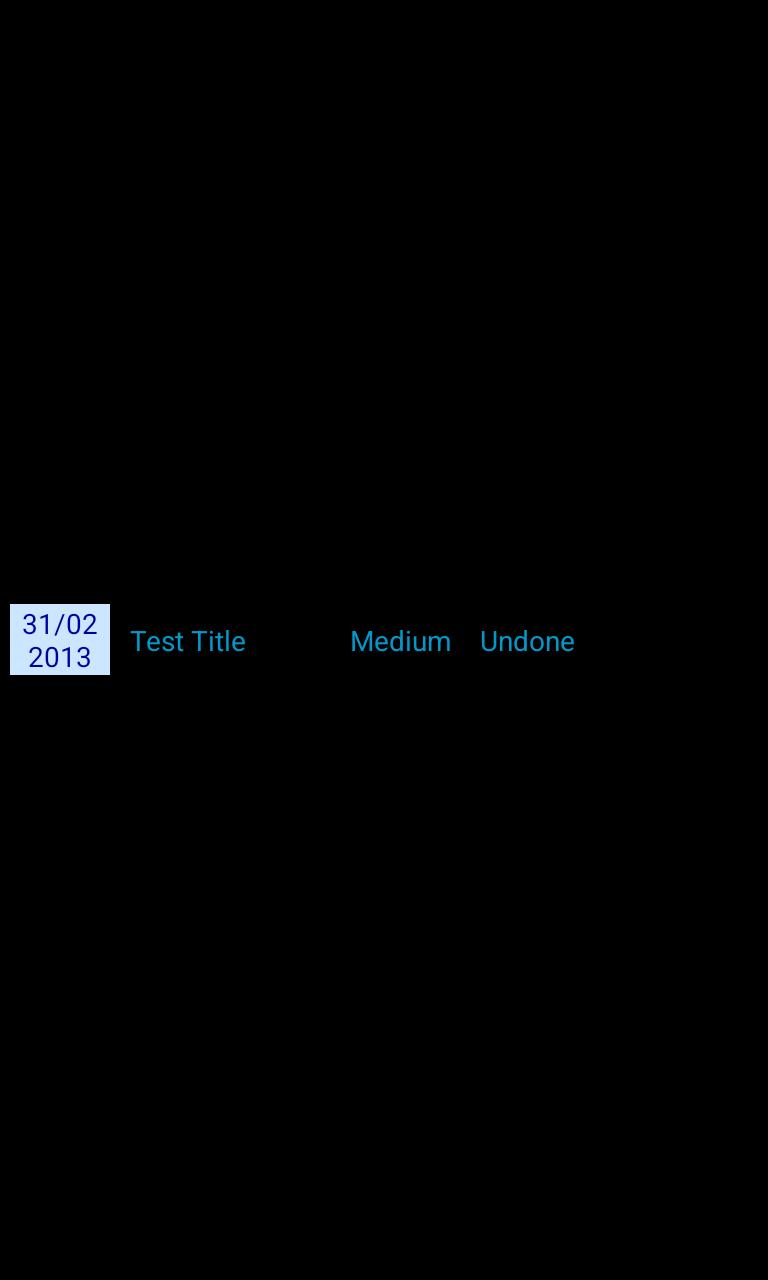
Repository: titango/androidass1
Layout: uTask/res/layout/task_list_item.xml
These files come from the project's save history. The layout is drawn as it stood at one moment and after the next save; the edit follows.
It is drawn on a 768 x 1280 px phone screen (xhdpi) without system bars, with theme NoActionBar; the app's code is not run.

Above is the layout before, as saved 2013-03-31 23:41:47.

### uTask/res/layout/task_list_item.xml
<?xml version="1.0" encoding="utf-8"?>
<LinearLayout xmlns:android="http://schemas.android.com/apk/res/android"
    android:layout_width="wrap_content"
    android:layout_height="wrap_content"
    android:gravity="left|center"
    android:paddingBottom="5dp"
    android:paddingLeft="5dp"
    android:paddingTop="5dp" >

    <TextView
        android:id="@+id/task_list_item_date"
        android:layout_width="50dp"
        android:layout_height="wrap_content"
        android:background="@color/lightblue"
        android:gravity="center"
        android:text="31/02 2013"
        android:textColor="@color/darkblue" >
    </TextView>

    <TextView
        android:id="@+id/task_list_item_title"
        android:layout_width="100dp"
        android:layout_height="wrap_content"
        android:layout_marginLeft="10dp"
        android:text="Test Title"
        android:textColor="#0099CC" >
    </TextView>

    <TextView
        android:id="@+id/task_list_item_priority"
        android:layout_width="55dp"
        android:layout_height="wrap_content"
        android:layout_marginLeft="10dp"
        android:text="Medium"
        android:textColor="#0099CC" >
    </TextView>

    <TextView
        android:id="@+id/task_list_item_status"
        android:layout_width="50dp"
        android:layout_height="wrap_content"
        android:layout_marginLeft="10dp"
        android:text="Undone"
        android:textColor="#0099CC" >
    </TextView>

</LinearLayout>

### uTask/res/values/colors.xml
<?xml version="1.0" encoding="utf-8"?>
<resources>
    <color name="white">#FFFFFF</color>
    <color name="black">#000000</color>
    <color name="darkblue">#0000A0</color>
    <color name="lightblue">#CCE6FF</color>
    <color name="lightyellow">#FFFFCC</color>
    <color name="superlightyellow">#FFFFE5</color>
    <color name="lightorange">#FFCC33</color>
    <color name="darkorange">#FFBF00</color>
    <color name="lowlightgreen">#00FF99</color>

</resources>

Loaded but not shown: uTask/res/values/styles.xml (common file)

After the next save:
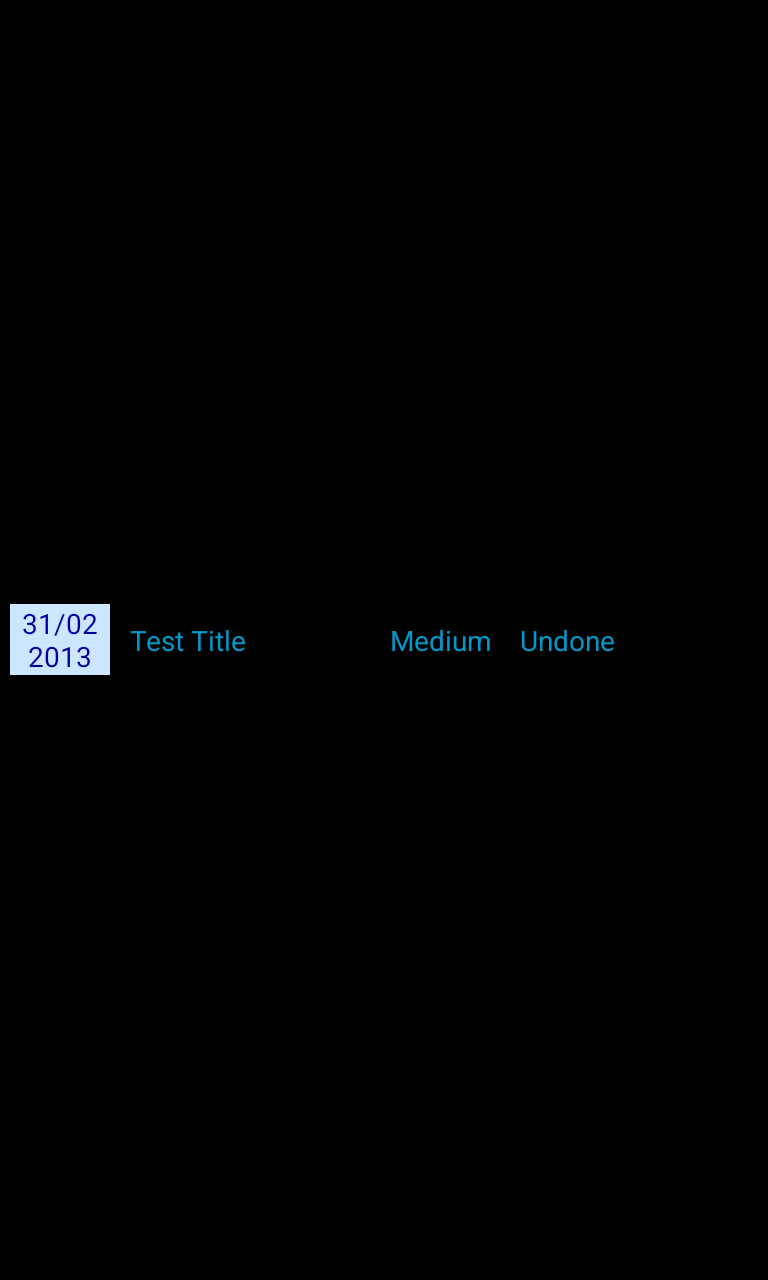
Saved 13 s later.
--- a/uTask/res/layout/task_list_item.xml
+++ b/uTask/res/layout/task_list_item.xml
@@ -19,7 +19,7 @@
 
     <TextView
         android:id="@+id/task_list_item_title"
-        android:layout_width="100dp"
+        android:layout_width="120dp"
         android:layout_height="wrap_content"
         android:layout_marginLeft="10dp"
         android:text="Test Title"
